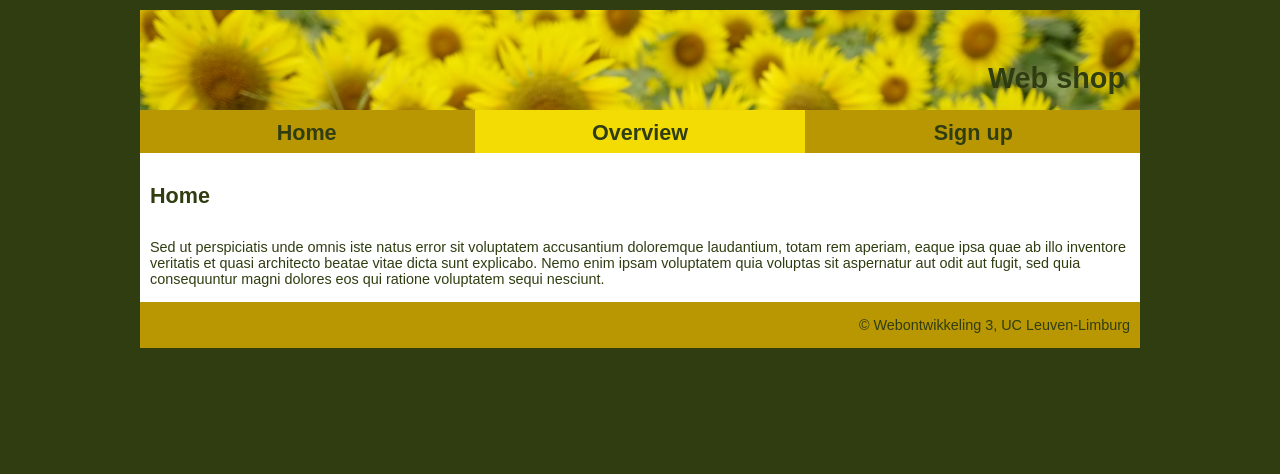
Repository: MarieVerdonck/Web-Shop---Exercises-WebDevelopment-3
Page: http://localhost/Web3_Lab1/
An editor plug-in stored every save of this project. The page is shown before and after the next save, followed by the edit.
The browser window is 1280 px wide. The pictures show the whole page.
The page is served by Tomcat 9. Other server files are loaded and not shown.

Above is the page before, as saved 2017-10-01 04:05:49.

### Web3_Lab1/WebContent/index.jsp
<%@ page language="java" contentType="text/html; charset=UTF-8"
	pageEncoding="UTF-8"%>
<!DOCTYPE html>
<html>
<jsp:include page="head.jspf"/>
<body>
		<div id="container">
			<jsp:include page="header.jsp">
				<jsp:param name="title" value="Home"/>
			</jsp:include>
			<main>
					Sed ut perspiciatis unde omnis iste natus error sit
					voluptatem accusantium doloremque laudantium, totam rem aperiam, eaque
					ipsa quae ab illo inventore veritatis et quasi architecto beatae vitae
					dicta sunt explicabo. Nemo enim ipsam voluptatem quia voluptas sit
					aspernatur aut odit aut fugit, sed quia consequuntur magni dolores eos
					qui ratione voluptatem sequi nesciunt.
			</main>
			<footer> &copy; Webontwikkeling 3, UC Leuven-Limburg </footer>
		</div>
	</body>
</html>

### Web3_Lab1/WebContent/head.jspf

<head>
<meta name="viewport" content="width=device-width, initial-scale=1" />
<meta charset="UTF-8">
<title>Overview</title>
<link rel="stylesheet" type="text/css" href="css/style.css">
</head>

### Web3_Lab1/WebContent/header.jsp
<header>
	<h1><span>Web shop</span></h1>
		<nav>
		<ul>
			<li><a href="Controller">Home</a></li>
			<li id="actual"><a href="Controller?action=overview">Overview</a></li>
			<li><a href="Controller?action=signUp">Sign up</a></li>
		</ul>
	</nav>
	<h2>${param.title}</h2>

</header>

### Web3_Lab1/WebContent/css/style.css
@CHARSET "UTF-8";
* {
	margin:0;
	padding: 0;
}

body {
	font-family: arial,sans-serif;
	font-size: 90%;
	color: #303d11;
	background-color: #303d11;
}

div#container {
	background-color: #FFF;
	margin: auto;
	margin-top: 10px;
}

footer {
	background-color: #b99703;
}

nav ul {
	list-style: none;
	background-color: #b99703;
	box-sizing: border-box;
	margin-bottom: 1em;
}

nav ul li {
	height: 2em;
	font-size: 150%;
	font-weight: bold;
	padding: 10px;
	width: 100%;
	box-sizing: border-box;
}

nav ul li a{
	color: #303d11;
	text-decoration: none;
	display: block;
}

nav ul li#actual {
	background-color: #f3dc04;
}


h2, main, footer {
	padding: 15px 10px;
}

h1 {
	background-image: url("../images/bannerKlein.png");
	height: 100px;
	background-repeat: no-repeat;
	background-size: cover;
	position: relative;
}

h1 span {
	position: absolute;
	right: 15px;
	bottom: 15px;
}

th,td {
	padding: 0.6em 1.2em 0 0;
	text-align: left;
	vertical-align: top;
}

table caption {
	display: none;
}

form {
    margin: 30px 0;
}

.alert-danger {
    padding: 0.5em;
    background-color: #f2dede;
    border: 1px solid #b94a48;
    color: #b94a48;
    border-radius: 3px;
    width: 100%
    margin-bottom: 1em;
    box-sizing: border-box;
}
.alert-danger ul {
    list-style-type: none;
}
label,input,textarea {
    margin-bottom: 16px;
}
input,textarea {
    border: 1px solid #888;
    margin: 2px 0 16px 0;
    outline: 0 none;
    padding: 0.5em;
    line-height:15px;
    border-radius: 3px;
    box-shadow: inset 0px 1px 4px #ECECEC;
    box-sizing: border-box;
}
.has-error {
    color: #b94a48;
    border-color: #b94a48;
    box-shadow: inset 0px 1px 4px #d59392;
}


/* mobile first */
div#container {
	width: 95%;
}

nav ul li {
	display: block;
	border-bottom: 1px solid #303d11;
}

nav ul li:first-child {
	border-top: 1px solid #303d11;
}

label,input,textarea {
    display: block;
}
input[type="text"], input[type="email"], textarea {
    width: 100%;
}
input {
    height: 25px;
}


/* desktop */
@media screen and (min-width: 650px) {
	div#container {
	max-width: 1000px;
	}
	h1 {
	background-image: url("../images/banner.png");
	}

	nav ul {
  	display: -webkit-box;  /* OLD - iOS 6-, Safari 3.1-6, BB7 */
  	display: -ms-flexbox;  /* TWEENER - IE 10 */
  	display: -webkit-flex; /* NEW - Safari 6.1+. iOS 7.1+, BB10 */
	display: flex;
	-webkit-flex-direction: row;
	-ms-flex-direction: row;
	flex-direction: row;
	box-sizing: border-box;
	}

	nav ul li {
	width: 33%;
	margin: auto;
	border: none;
	}
	nav ul li:first-child {
	border: none;
	}
	nav ul li a {
	text-align: center;
	}
	footer {
	text-align: right;
	}
	    .alert-danger {
        width: 614px;
    }
    label,input,textarea {
        display: inline-block;
    }
    label {
        width: 100px;
        text-align: right;
        margin-right: 10px;
    }
    input[type="text"], input[type="email"], input[type="password"], textarea{
        width: 400px;
    }
    input[type="submit"] {
        margin-left: 112px;
    }
    textarea {
        vertical-align: middle;
    }


}

/*
d3bb03 green
977007 brown
303d11 black
f3dc04 yellow
*/

### Web3_Lab1/WebContent/head.jsp

<head>
<meta name="viewport" content="width=device-width, initial-scale=1" />
<meta charset="UTF-8">
<title>Overview</title>
<link rel="stylesheet" type="text/css" href="css/style.css">
</head>

After the next save:
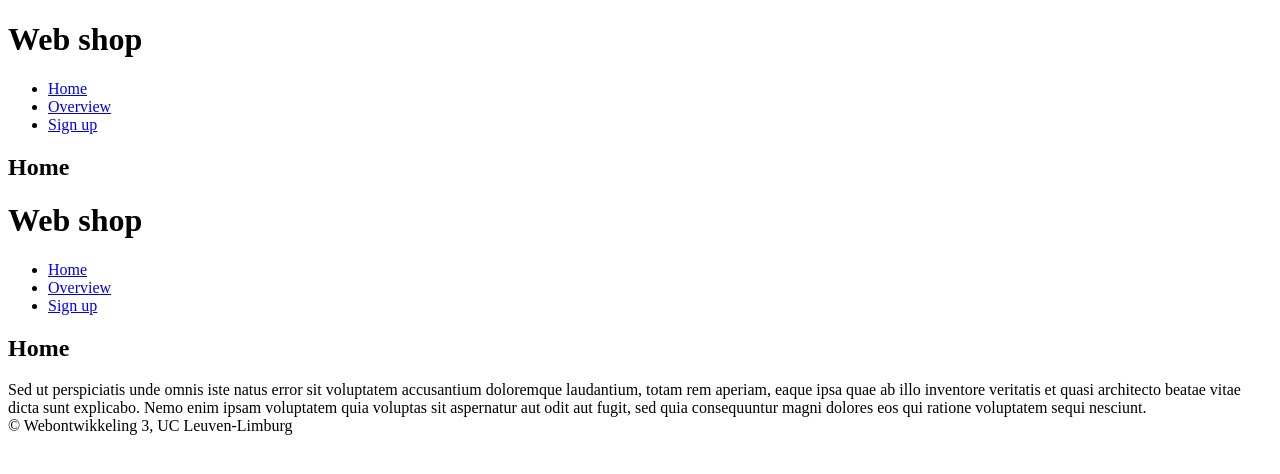
Saved 63 s later.
--- a/Web3_Lab1/WebContent/index.jsp
+++ b/Web3_Lab1/WebContent/index.jsp
@@ -2,7 +2,9 @@
 	pageEncoding="UTF-8"%>
 <!DOCTYPE html>
 <html>
-<jsp:include page="head.jspf"/>
+<jsp:include page="header.jsp">
+				<jsp:param name="title" value="Home"/>
+			</jsp:include>
 <body>
 		<div id="container">
 			<jsp:include page="header.jsp">

After the 2 saves that followed:
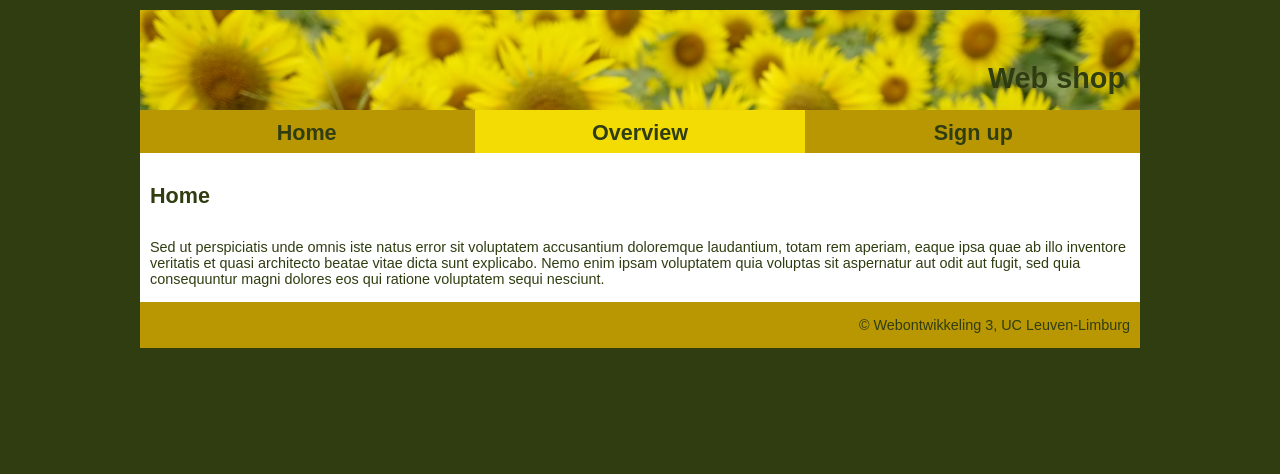
The 2 saves are shown as one change because 1 left the picture as it was.
The last was saved 33 s later.
--- a/Web3_Lab1/WebContent/index.jsp
+++ b/Web3_Lab1/WebContent/index.jsp
@@ -2,9 +2,9 @@
 	pageEncoding="UTF-8"%>
 <!DOCTYPE html>
 <html>
-<jsp:include page="header.jsp">
-				<jsp:param name="title" value="Home"/>
-			</jsp:include>
+<jsp:include page="head.jsp">
+	<jsp:param name="title" value="Home"/>
+</jsp:include>
 <body>
 		<div id="container">
 			<jsp:include page="header.jsp">
--- a/Web3_Lab1/WebContent/head.jsp
+++ b/Web3_Lab1/WebContent/head.jsp
@@ -2,6 +2,6 @@
 <head>
 <meta name="viewport" content="width=device-width, initial-scale=1" />
 <meta charset="UTF-8">
-<title>Overview</title>
+<title>${param.title}</title>
 <link rel="stylesheet" type="text/css" href="css/style.css">
 </head>
